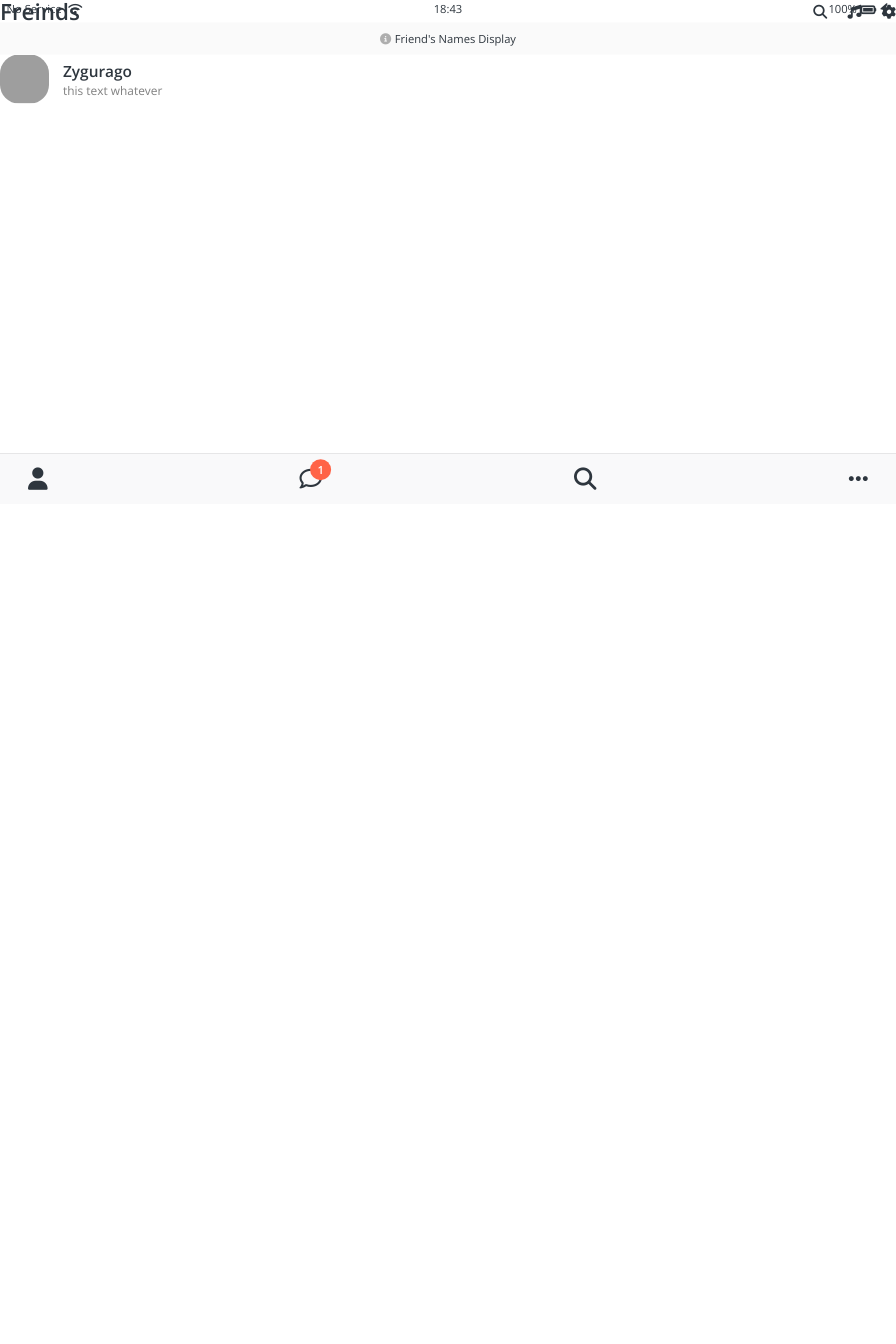
Repository: mocusura12/kokoa-clone-2020
Page: friends.html
These files come from the project's save history. The page is drawn as it stood at one moment and after the next save; the edit follows.
The browser window is 1280 px wide. The pictures show the part of the page from y = 0 to 1920 px (the page is 7200 px tall), at 70% of full size.
Pictures or frames that could not be fetched are drawn as grey boxes. Some web libraries are served in a nearby version.

Above is the page before, as saved 2022-02-23 21:39:53.

After the next save:
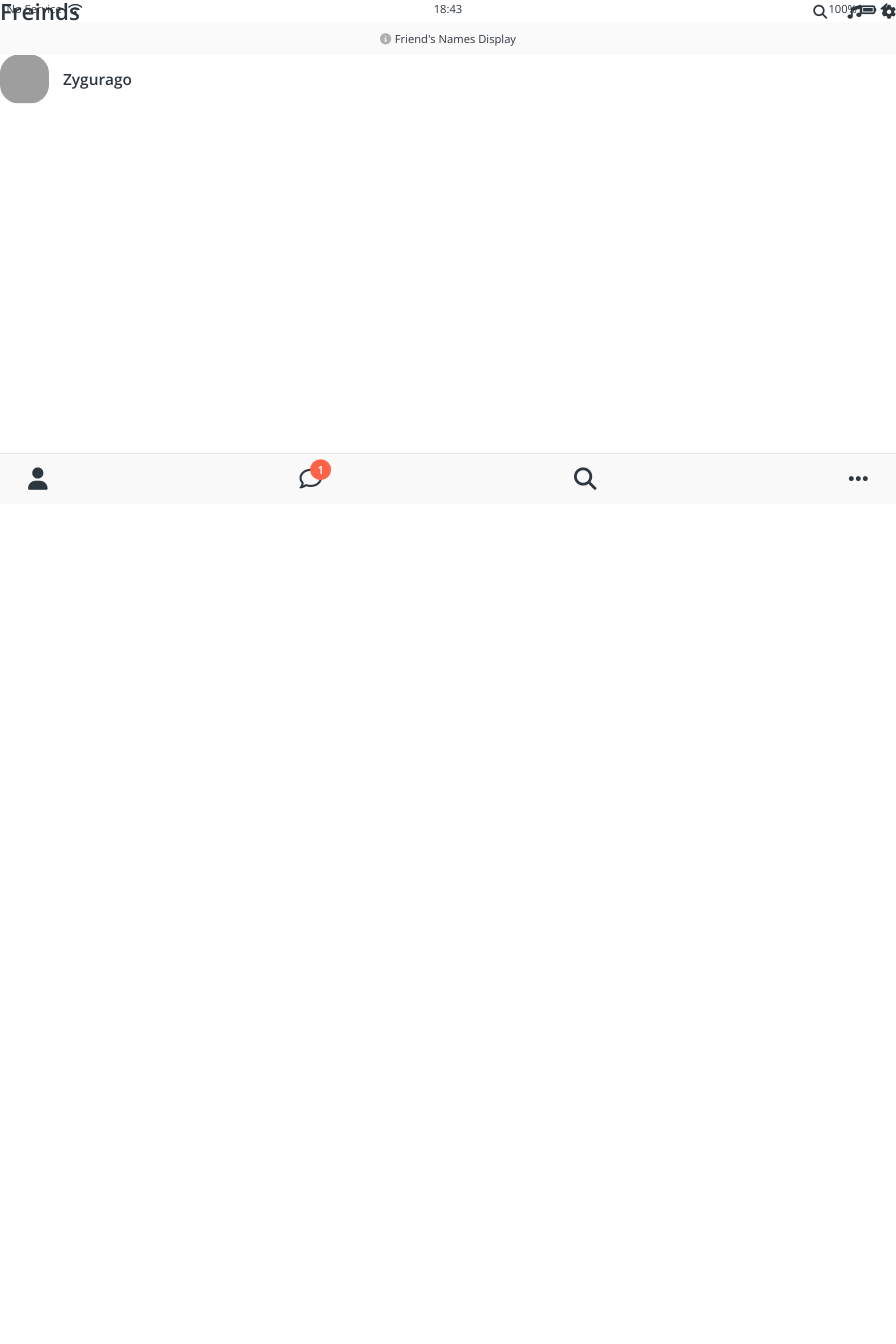
Saved 3 min 37 s later.
--- a/friends.html
+++ b/friends.html
@@ -43,7 +43,7 @@
         />
         <div class="user-component__text">
           <h4 class="user-component__title">Zygurago</h4>
-          <h6 class="user-component__subtitle">this text whatever</h6>
+          <!--<h6 class="user-component__subtitle">this text whatever</h6>-->
         </div>
       </div>
       <div class="user-component__column"></div>

After the save that followed:
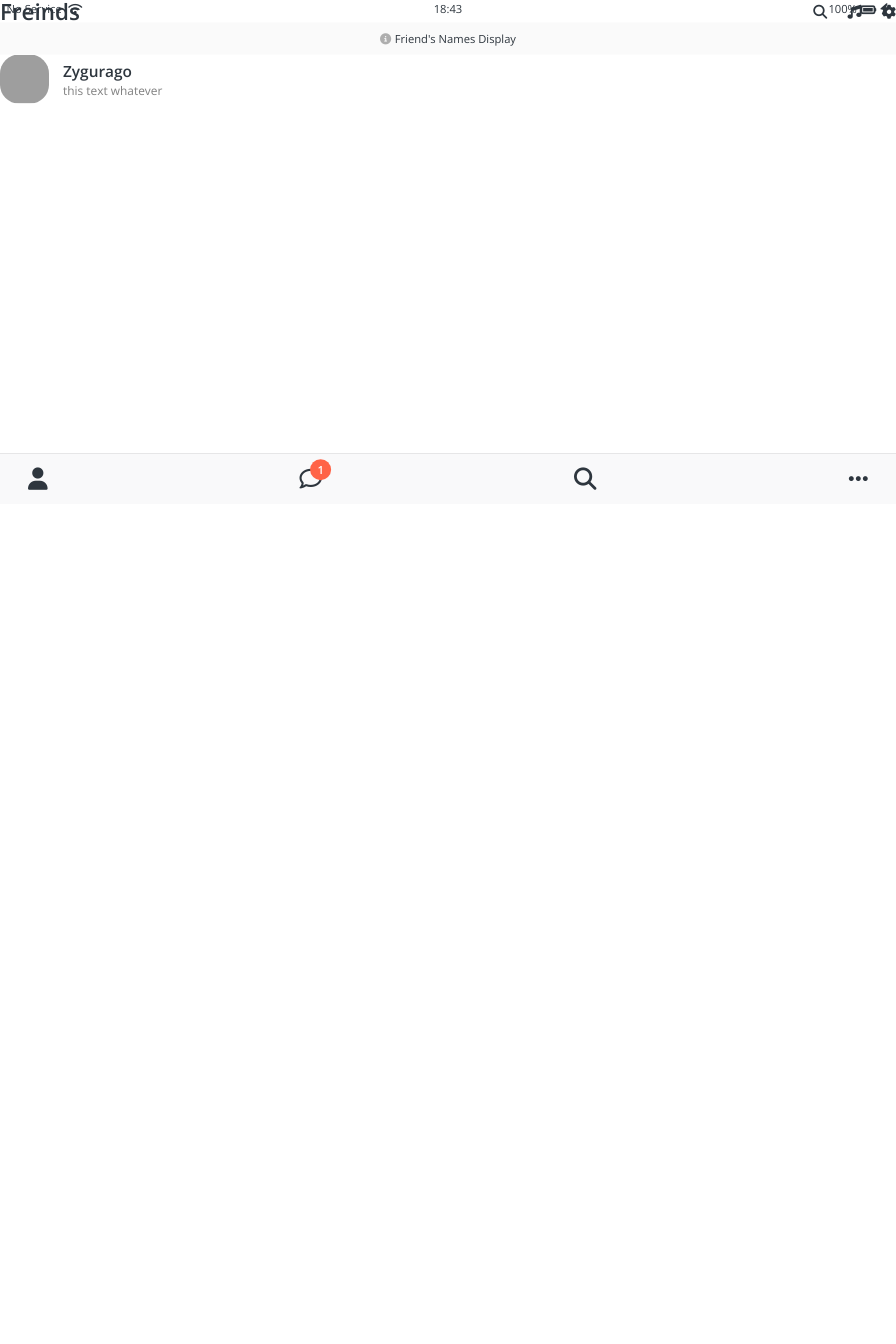
Saved 28 s later.
--- a/friends.html
+++ b/friends.html
@@ -43,7 +43,7 @@
         />
         <div class="user-component__text">
           <h4 class="user-component__title">Zygurago</h4>
-          <!--<h6 class="user-component__subtitle">this text whatever</h6>-->
+          <h6 class="user-component__subtitle">this text whatever</h6>
         </div>
       </div>
       <div class="user-component__column"></div>
